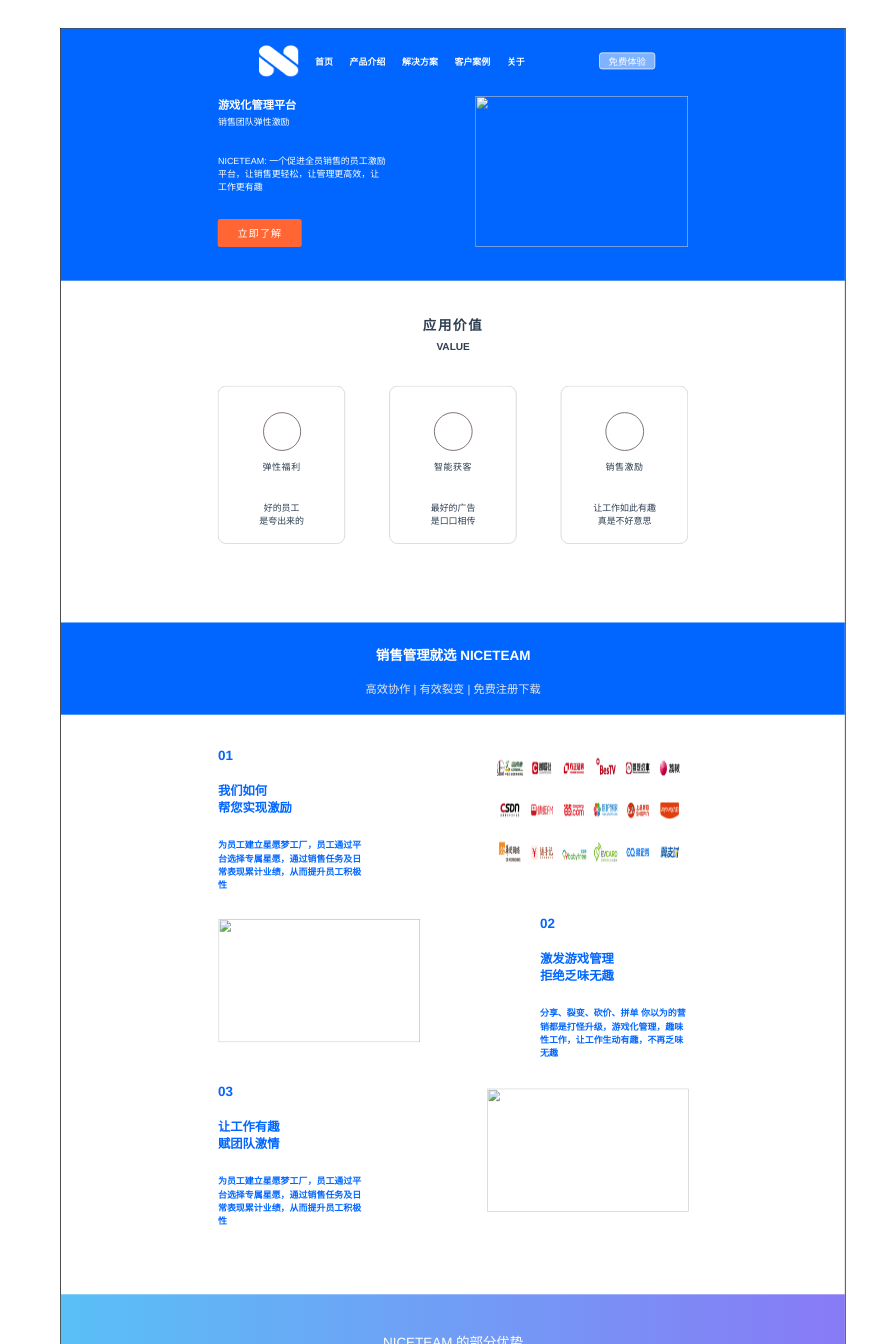
Repository: Alex-2020-0211/xrkj-guanwang
Page: / (app in src/)
The author's editor kept a copy of each file at every save. The page is drawn from the files as they stood at one save, then again after the next save.
The browser window is 1280 px wide. The pictures show the part of the page from y = 0 to 1920 px (the page is 3028 px tall), at 70% of full size.
The project was rebuilt for these pictures with package versions that can differ from the ones it lists, and the page was loaded fresh each time. Imported but missing from the stored project, and not drawn on this page: src/src/views/About.vue.

Above is the page before, as saved 2021-01-04 13:54:10.

After the next save:
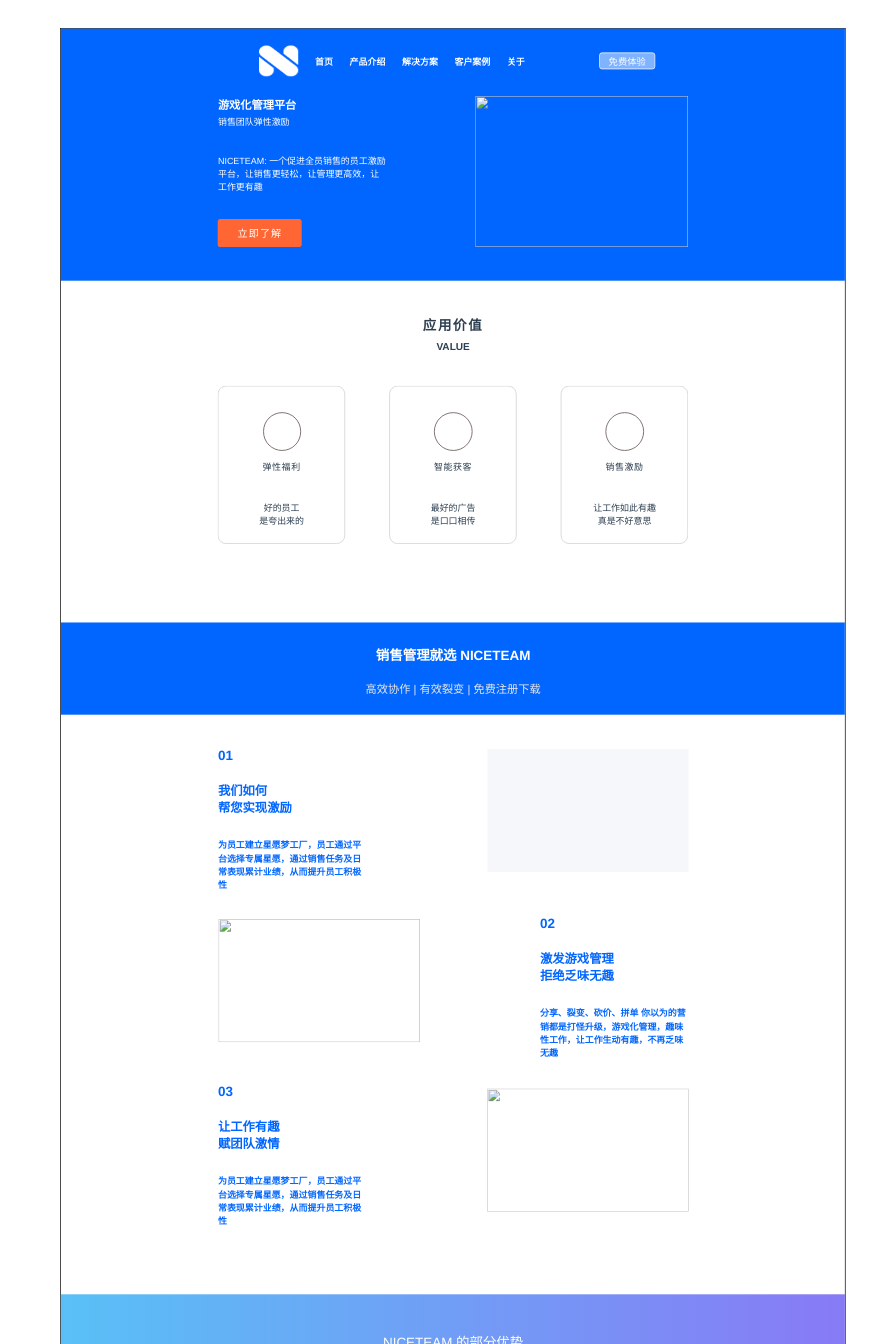
Saved 19 s later.
--- a/src/src/views/Home.vue
+++ b/src/src/views/Home.vue
@@ -55,7 +55,7 @@
             为员工建立星愿梦工厂，员工通过平台选择专属星愿，通过销售任务及日常表现累计业绩，从而提升员工积极性
           </p>
         </div>
-        <el-image class="img" :src="url" lazy></el-image>
+        <el-image class="img" scroll-container :src="url" lazy></el-image>
         <div class="means">
           <span class="sort" style="margin-left: 5.75rem;">02</span>
           <p style="margin-left: 5.75rem; width:2rem;">激发游戏管理</p>

After the save that followed:
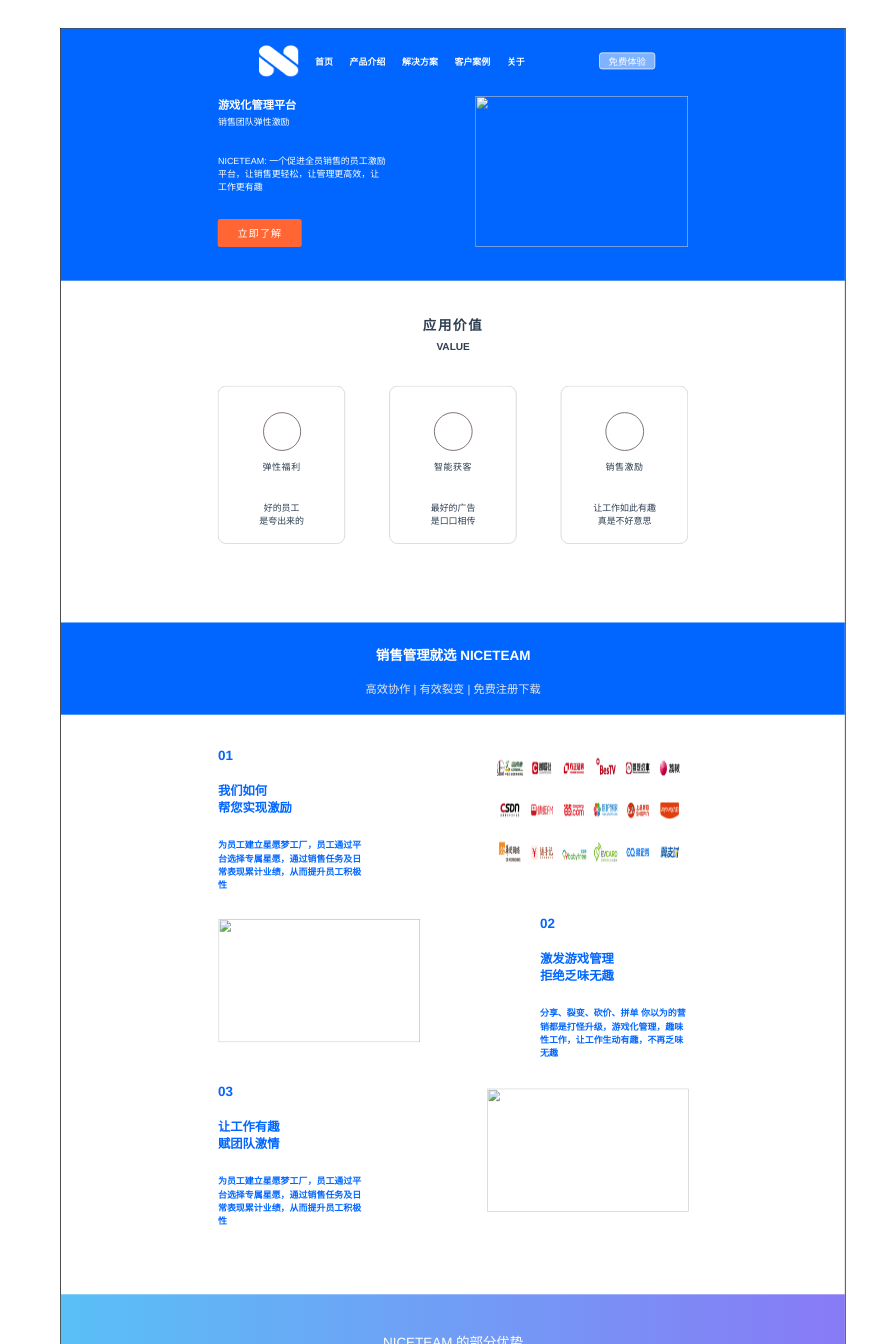
Saved 3 min 38 s later.
--- a/src/src/views/Home.vue
+++ b/src/src/views/Home.vue
@@ -55,7 +55,7 @@
             为员工建立星愿梦工厂，员工通过平台选择专属星愿，通过销售任务及日常表现累计业绩，从而提升员工积极性
           </p>
         </div>
-        <el-image class="img" scroll-container :src="url" lazy></el-image>
+        <el-image class="img" :src="url" lazy></el-image>
         <div class="means">
           <span class="sort" style="margin-left: 5.75rem;">02</span>
           <p style="margin-left: 5.75rem; width:2rem;">激发游戏管理</p>
